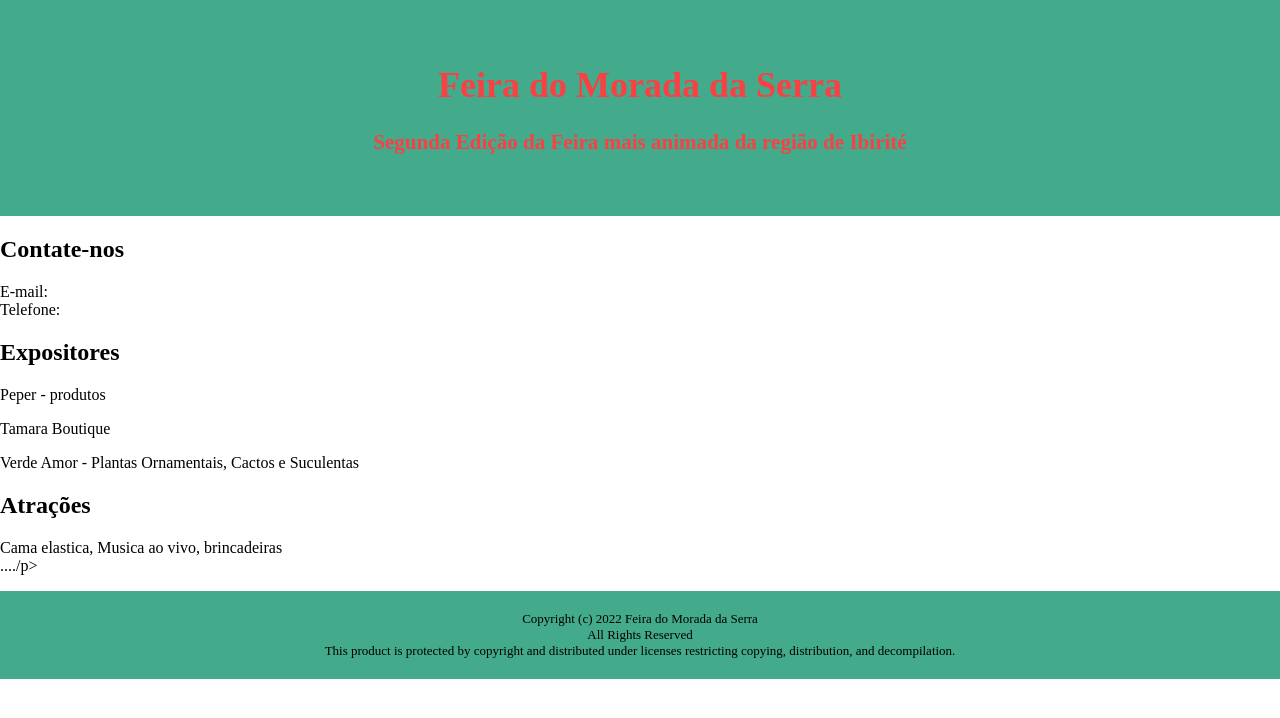
Repository: valerianogueirasilva/feiraibirite
Page: SoacialProject/Index.html
The author's editor kept a copy of each file at every save. The page is drawn from the files as they stood at one save, then again after the next save.
The browser window is 1280 px wide. The pictures show the whole page.

Above is the page before, as saved 2022-07-11 15:18:02.

After the next save:
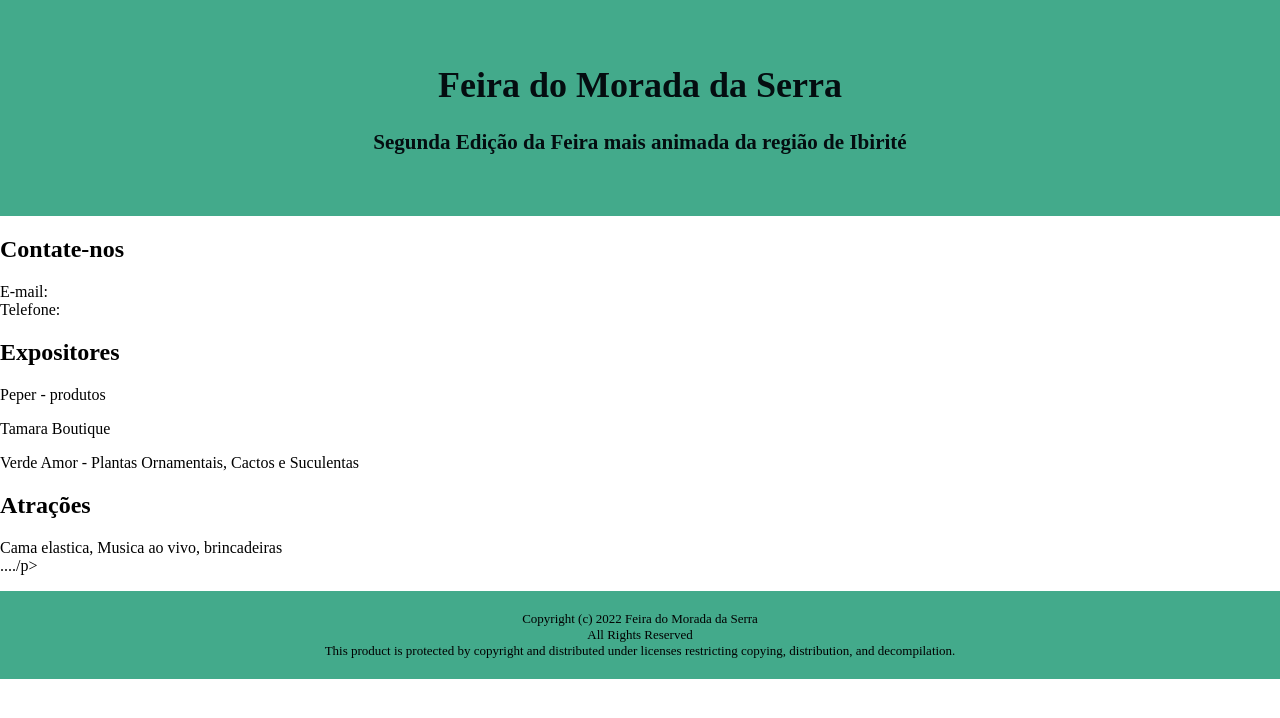
Saved 37 s later.
--- a/SoacialProject/Css/cssfile.css
+++ b/SoacialProject/Css/cssfile.css
@@ -11,7 +11,7 @@ https://coolors.co/f94144-f3722c-f8961e-fdc9b0-f9c74f-74a94c-43aa8b-4f9290-fffff
    background: #43AA8B;
    padding: 40px;
    font-size: 18px;
-   color: #F94144;
+   color: #040D10;
 }
 
 body {
